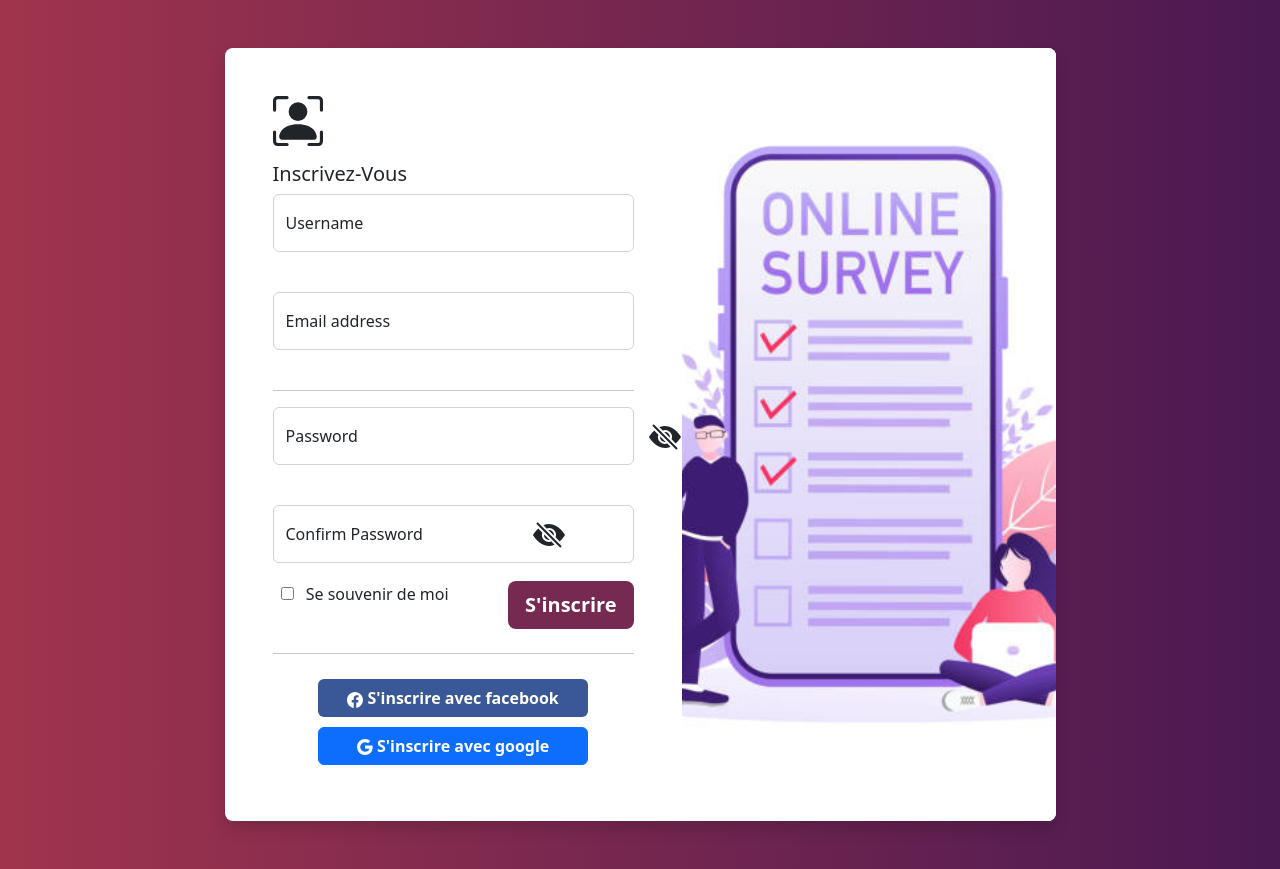
Repository: Djiamil/testsMoustaphaDER
Page: index.html
These files come from the project's save history. The page is drawn as it stood at one moment and after a run of saves; the edit follows.
The browser window is 1280 px wide. The pictures show the whole page.

Above is the page before, as saved 2022-12-09 09:49:47.

After the next 2 saves:
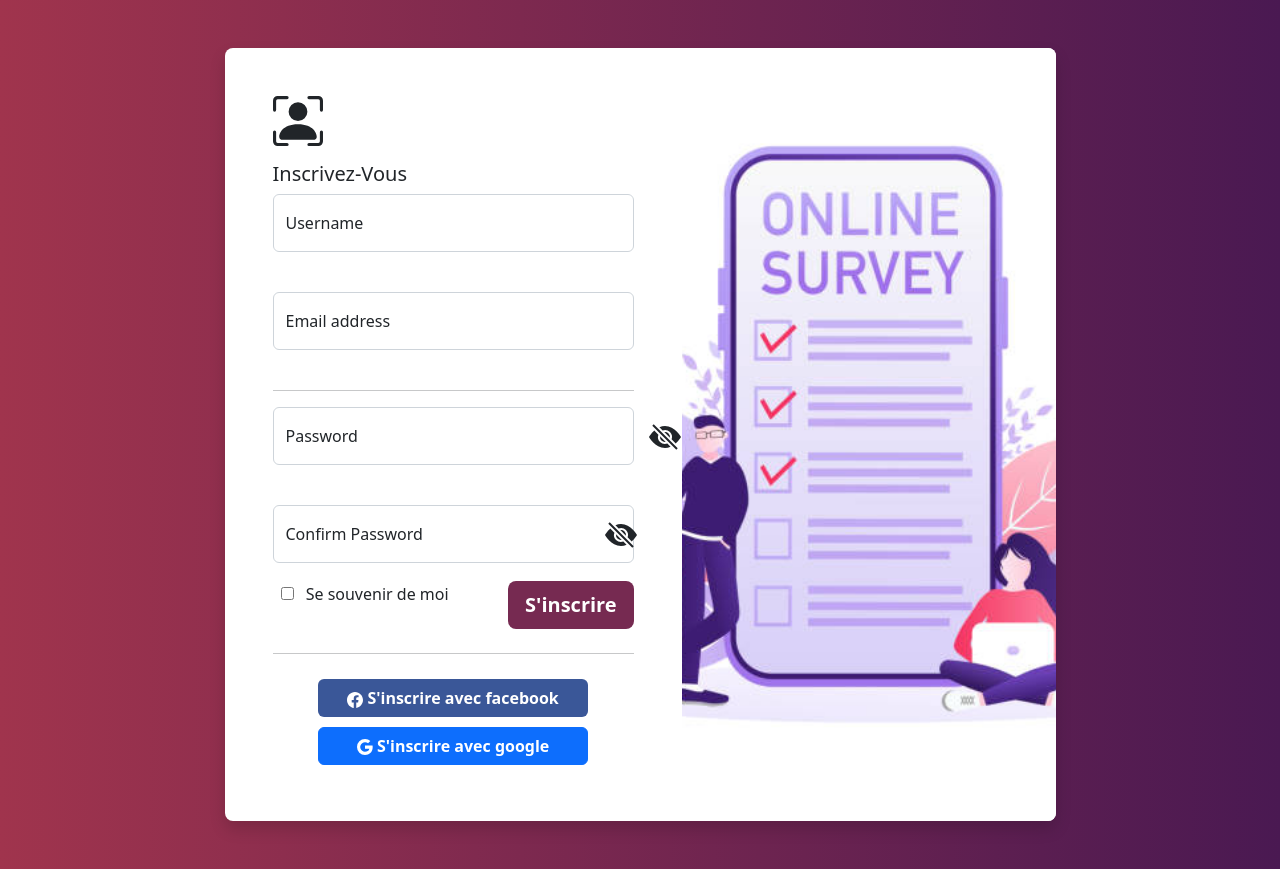
The 2 saves are shown as one change because they came seconds apart.
The last was saved 6 s later.
--- a/style.css
+++ b/style.css
@@ -77,7 +77,7 @@ button{
   float: right;
   position:absolute;
   margin-top: 4%;
-  margin-left: 70%;
+  margin-left: 90%;
   width: 3rem;
   height: 2rem;
   /* position: absolute; */
